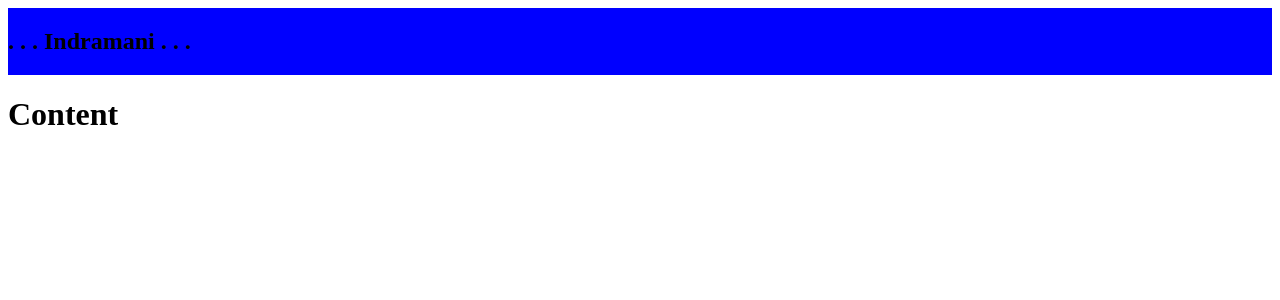
Repository: indramani7271/Indramani-First
Page: /
An editor plug-in stored every save of this project. The page is shown before and after the next save, followed by the edit.
The browser window is 1280 px wide. The pictures show the whole page.
The project was rebuilt for these pictures with package versions that can differ from the ones it lists, and the page was loaded fresh each time. Also part of the build but not shown: vite.config.js, src/index.css.

Above is the page before, as saved 2024-12-02 17:13:18.

### src/App.jsx
import Navbar from "./Component/Navbar";

function App() {


  return (
    <div>

<Navbar />

      <h1>Content</h1>
    </div>
  )


}


export default App;

### src/Component/Navbar.jsx
function Navbar() {
    return(
        <div style={{display:"flex" , backgroundColor:"blue"}}>

<div>
<h2>. . . Indramani . . .</h2>
</div>

<div>

</div>

        </div>
    )

}

export default Navbar

Loaded but not shown: index.html (common file); src/main.jsx (common file)

After the next save:
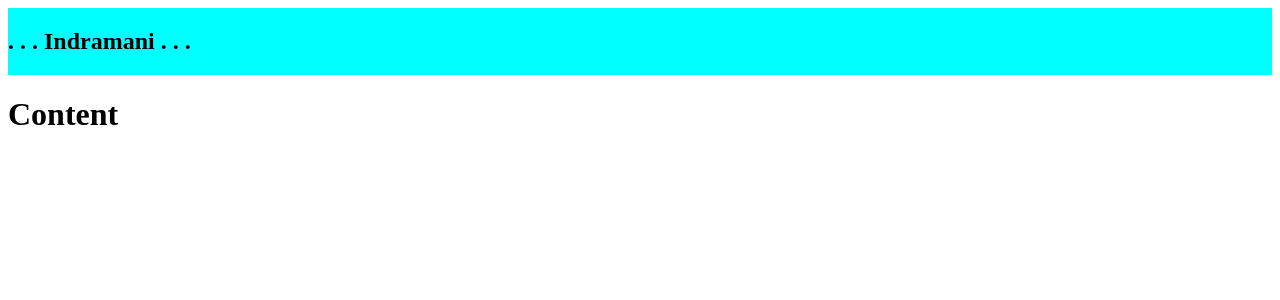
Saved 12 s later.
--- a/src/Component/Navbar.jsx
+++ b/src/Component/Navbar.jsx
@@ -1,6 +1,6 @@
 function Navbar() {
     return(
-        <div style={{display:"flex" , backgroundColor:"blue"}}>
+        <div style={{display:"flex" , backgroundColor:"aqua"}}>
 
 <div>
 <h2>. . . Indramani . . .</h2>
